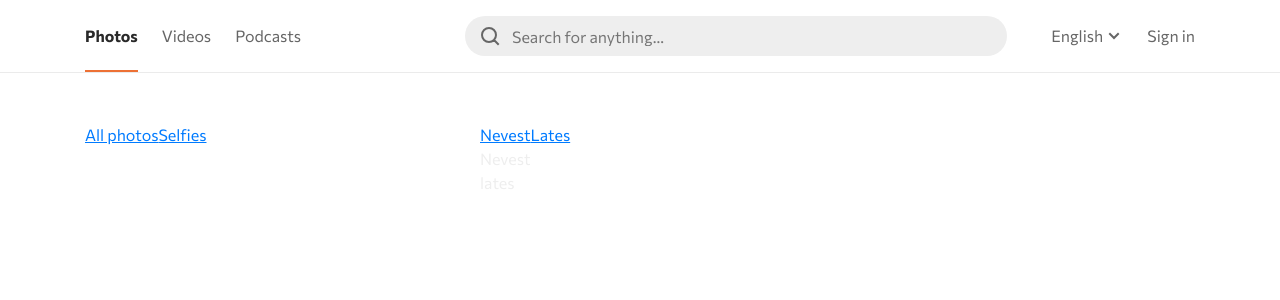
Repository: densavi/djinni
Page: index.html
An editor plug-in stored every save of this project. The page is shown before and after the next save, followed by the edit.
The browser window is 1280 px wide. The pictures show the whole page.
The style sheet was rebuilt from its Sass, Less or Tailwind sources for each picture, by a compiler version that may differ from the author's.

Above is the page before, as saved 2023-04-10 23:31:04.

After the next save:
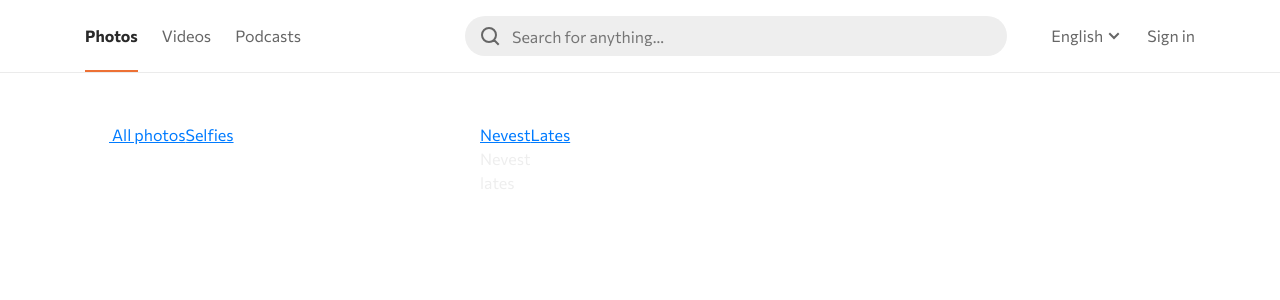
Saved 60 s later.
--- a/index.html
+++ b/index.html
@@ -60,7 +60,13 @@
         <div class="col-3 sidebar">
           <ul class="nav sidebar__tabs">
             <li class="sidebar__item">
-              <a class="sidebar__link active" data-toggle="tab" href="#all-photos">All photos</a>
+              <a class="sidebar__link active" data-toggle="tab" href="#all-photos">
+                <svg width="24" height="24" viewBox="0 0 24 24" fill="none" xmlns="http://www.w3.org/2000/svg">
+                  <path d="M15 6.5C13.6193 6.5 12.5 7.61929 12.5 9C12.5 10.3807 13.6193 11.5 15 11.5C16.3807 11.5 17.5 10.3807 17.5 9C17.5 7.61929 16.3807 6.5 15 6.5Z" fill="white"/>
+                  <path fill-rule="evenodd" clip-rule="evenodd" d="M3 3H21V21H18.5266L18.4945 21.0002H5.5L5.46787 21H3V3ZM19 12.8362C17.8552 13.898 16.7044 14.4537 15 14.4537C13.0944 14.4537 11.6208 13.2859 10.1527 11.7048C9.15108 10.6262 7.51491 10.4335 6.29018 11.25L6.26758 11.2651L5 12.2134V5H19V12.8362Z" fill="white"/>
+                </svg>
+                All photos
+              </a>
             </li>
             <li class="sidebar__item">
               <a class="sidebar__link" data-toggle="tab" href="#contact">Selfies</a>
